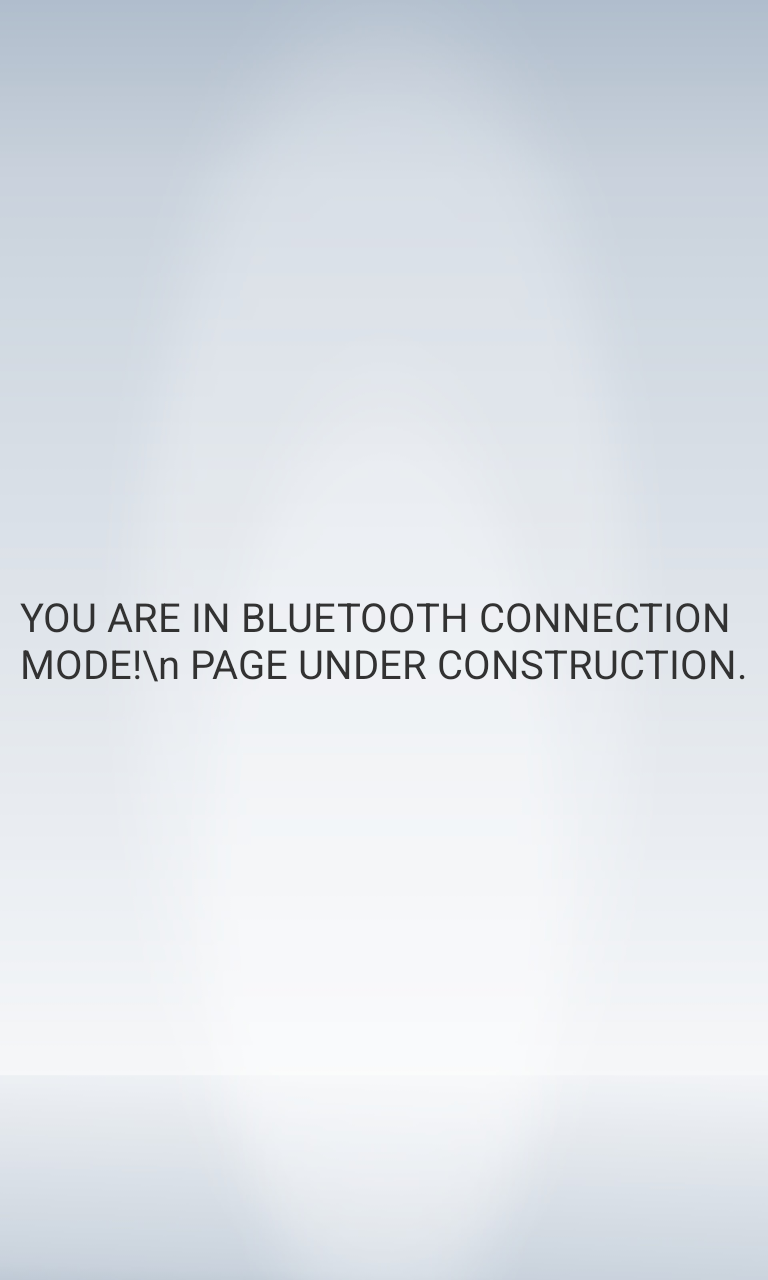
Repository: neha01mittal/AndroidGameController
Layout: AndroidTCPComm/AndroidGameController/GameControllerDataTransfer/res/layout/activity_bluetooth.xml
These files come from the project's save history. The layout is drawn as it stood at one moment and after the next save; the edit follows.
It is drawn on a 768 x 1280 px phone screen (xhdpi) without system bars, with theme AppTheme; the app's code is not run.

Above is the layout before, as saved 2013-12-12 09:44:31.

### AndroidTCPComm/AndroidGameController/GameControllerDataTransfer/res/layout/activity_bluetooth.xml
<?xml version="1.0" encoding="utf-8"?>
<LinearLayout xmlns:android="http://schemas.android.com/apk/res/android"
    android:layout_width="fill_parent"
    android:layout_height="fill_parent"
    android:background="@drawable/background1"
    android:gravity="center_vertical"
    android:orientation="vertical" >

            <TextView
            android:layout_width="wrap_content"
            android:layout_height="wrap_content"
            android:layout_gravity="center"
            android:padding="10dp"
            android:text="YOU ARE IN BLUETOOTH CONNECTION MODE!\n PAGE UNDER CONSTRUCTION."
            android:textSize="20sp" />
</LinearLayout>

Loaded but not shown: AndroidTCPComm/AndroidGameController/GameControllerDataTransfer/res/values/styles.xml (common file); AndroidTCPComm/AndroidGameController/GameControllerDataTransfer/res/values-v11/styles.xml (common file); AndroidTCPComm/AndroidGameController/GameControllerDataTransfer/res/values-v14/styles.xml (common file)

After the next save:
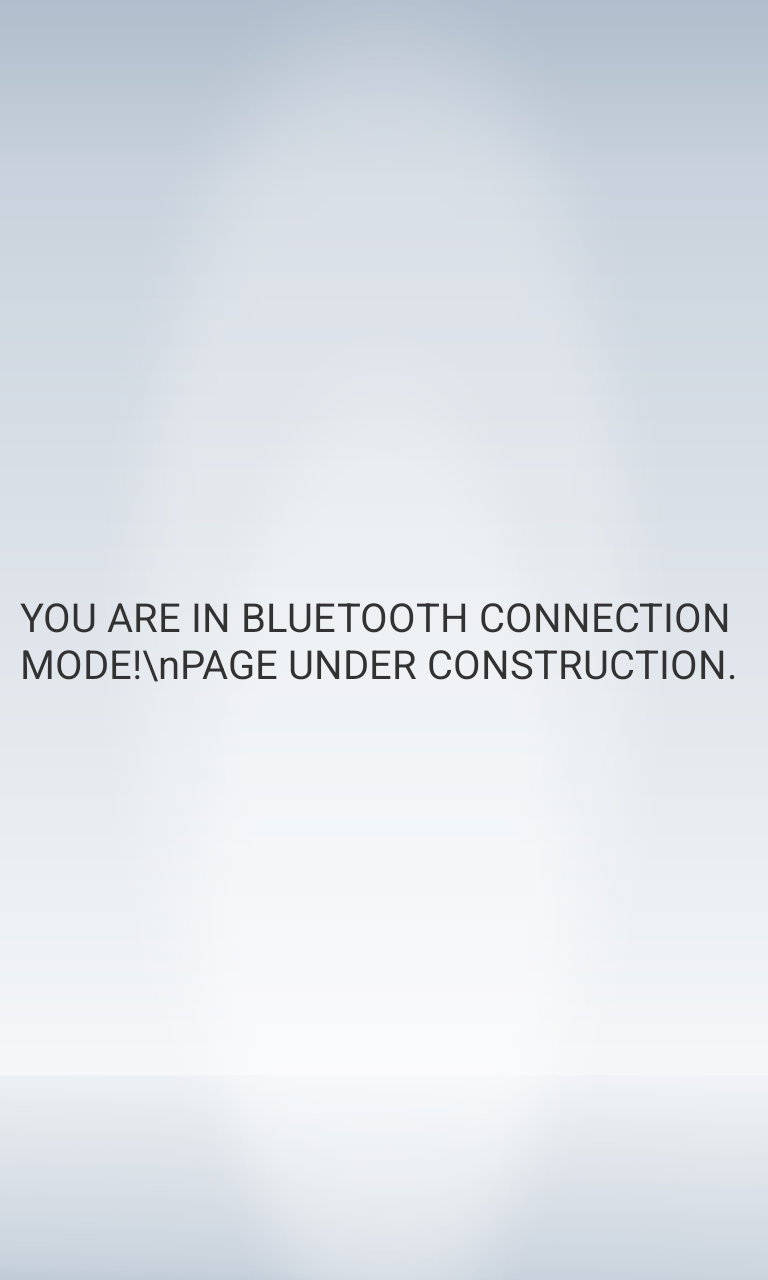
Saved 32 s later.
--- a/AndroidTCPComm/AndroidGameController/GameControllerDataTransfer/res/layout/activity_bluetooth.xml
+++ b/AndroidTCPComm/AndroidGameController/GameControllerDataTransfer/res/layout/activity_bluetooth.xml
@@ -11,6 +11,6 @@
             android:layout_height="wrap_content"
             android:layout_gravity="center"
             android:padding="10dp"
-            android:text="YOU ARE IN BLUETOOTH CONNECTION MODE!\n PAGE UNDER CONSTRUCTION."
+            android:text="YOU ARE IN BLUETOOTH CONNECTION MODE!\nPAGE UNDER CONSTRUCTION."
             android:textSize="20sp" />
 </LinearLayout>
